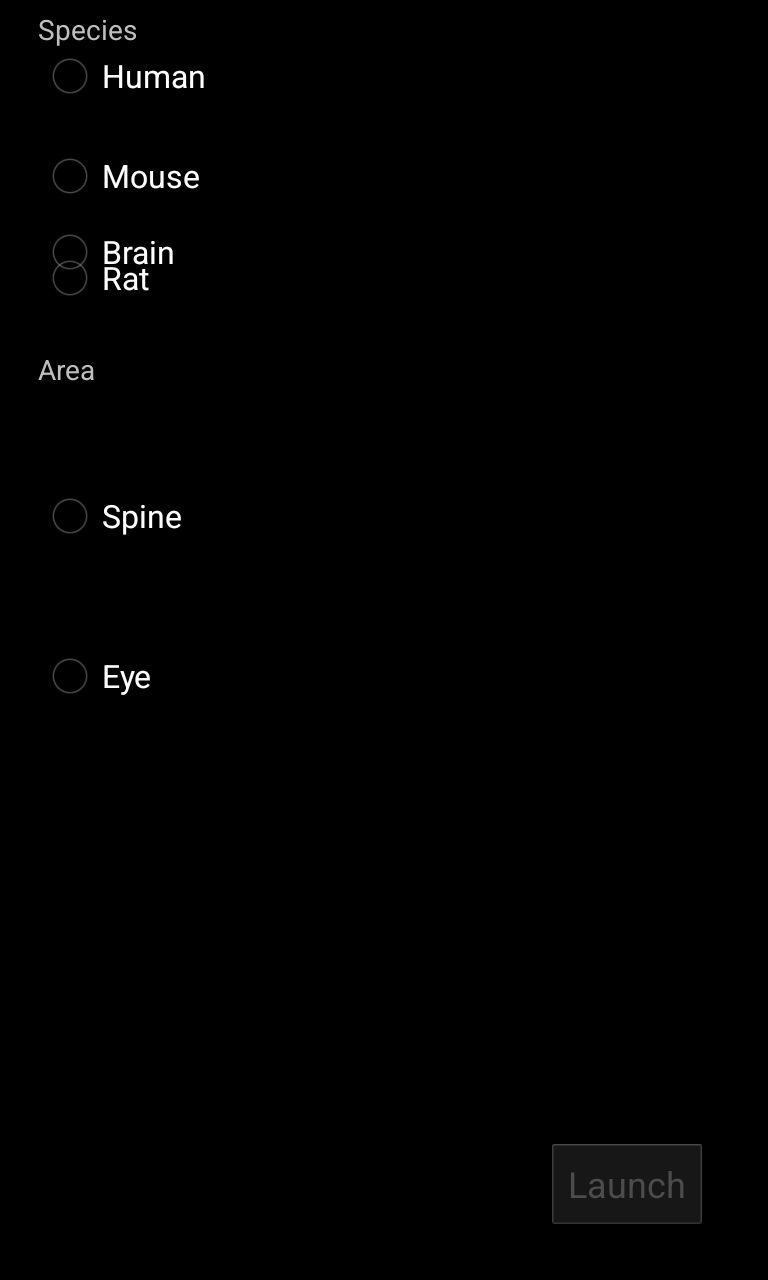
Repository: Ekarg/CSCE315Project3
Layout: Project3/res/layout/activity_main.xml
The author's editor kept a copy of each file at every save. The layout is drawn from the files as they stood at one save, then again after the next save.
It is drawn on a 768 x 1280 px phone screen (xhdpi) without system bars, with theme android:Theme.Holo; the app's code is not run.

Above is the layout before, as saved 2013-11-27 20:03:04.

### Project3/res/layout/activity_main.xml
<RelativeLayout xmlns:android="http://schemas.android.com/apk/res/android"
    xmlns:tools="http://schemas.android.com/tools"
    android:layout_width="match_parent"
    android:layout_height="match_parent"
    android:paddingBottom="5dp"
    android:paddingLeft="5dp"
    android:paddingRight="5dp"
    android:paddingTop="5dp"
    tools:context=".MainActivity" >

    <Button
        android:id="@+id/button1"
        android:layout_width="wrap_content"
        android:layout_height="wrap_content"
        android:layout_alignParentBottom="true"
        android:layout_alignParentRight="true"
        android:layout_marginBottom="19dp"
        android:layout_marginRight="24dp"
        android:enabled = "false"
		android:onClick="launch"
        android:text="@string/Button" />

    <TextView
        android:id="@+id/textView1"
        android:layout_width="wrap_content"
        android:layout_height="wrap_content"
        android:layout_marginLeft="14dp"
        android:layout_alignParentTop="true"
        android:text="@string/species" />

   <RadioGroup
        android:id="@+id/radioGroup1"
        android:layout_width="fill_parent"
        android:layout_height="wrap_content"
        android:layout_alignParentTop="true"
        android:layout_centerHorizontal="true"
        android:orientation="vertical" >

        <RadioButton
            android:id="@+id/radioButton1"
            android:layout_width="wrap_content"
            android:layout_height="wrap_content"
            android:layout_marginLeft="14dp"
            android:checked = "false"
            android:layout_marginTop="17dp"
            android:text="@string/human"
            android:onClick="onRadioButtonClicked"/>

        <RadioButton
            android:id="@+id/radioButton2"
            android:layout_width="wrap_content"
            android:layout_height="wrap_content"
            android:layout_marginLeft="14dp"
            android:checked = "false"
            android:layout_marginTop="18dp"
            android:text="@string/mouse"
            android:onClick="onRadioButtonClicked"/>

        <RadioButton
            android:id="@+id/radioButton3"
            android:layout_width="wrap_content"
            android:layout_height="wrap_content"
            android:layout_marginLeft="14dp"
            android:checked = "false"
            android:layout_marginTop="19dp"
            android:text="@string/rat"
            android:onClick="onRadioButtonClicked"/>
    </RadioGroup>

    <TextView
        android:id="@+id/textView2"
        android:layout_width="wrap_content"
        android:layout_height="wrap_content"
        android:layout_alignLeft="@+id/textView1"
        android:layout_below="@+id/radioGroup1"
        android:layout_marginTop="20dp"
        android:text="@string/area"
        android:onClick="onRadioButtonClicked" />

     <RadioGroup
          android:id="@+id/radioGroup2"
        android:layout_width="fill_parent"
        android:layout_height="wrap_content"
        android:layout_alignParentTop="true"
        android:layout_centerHorizontal="true"
        android:orientation="vertical" >

	    <RadioButton
	        android:id="@+id/radioButton5"
	        android:layout_width="wrap_content"
	        android:layout_height="wrap_content"
	        android:layout_marginLeft="14dp"
	        android:layout_marginTop="105dp"
	        android:checked="false"
	        android:onClick="onRadioButtonClicked"
	        android:text="@string/brain" />

	    <RadioButton
	        android:id="@+id/radioButton4"
	        android:layout_width="wrap_content"
	        android:layout_height="wrap_content"
	        android:layout_marginLeft="14dp"
	        android:layout_marginTop="100dp"
	        android:checked="false"
	        android:onClick="onRadioButtonClicked"
	        android:text="@string/spine" />

	     <RadioButton
         android:id="@+id/radioButton6"
         android:layout_width="wrap_content"
         android:layout_height="wrap_content"
         android:checked = "false"
         android:layout_marginLeft="14dp"
         android:layout_marginTop="48dp"
         android:text="@string/eye"
         android:onClick="onRadioButtonClicked" />
	</RadioGroup>



</RelativeLayout>

### Project3/res/values/strings.xml
<?xml version="1.0" encoding="utf-8"?>
<resources>

    <string name="app_name">Show Me the.... Neuron!</string>
    <string name="action_settings">Settings</string>
    <string name="hello_world">Hello world!</string>
    <string name="Button">Launch</string>
    <string name="title_activity_second">Neuron Display</string>
    <string name="species">Species</string>
    <string name="human">Human</string>
    <string name="mouse">Mouse</string>
    <string name="rat">Rat</string>
    <string name="area">Area</string>
    <string name="eye">Eye</string>
    <string name="brain">Brain</string>
    <string name="spine">Spine</string>


</resources>

After the next save:
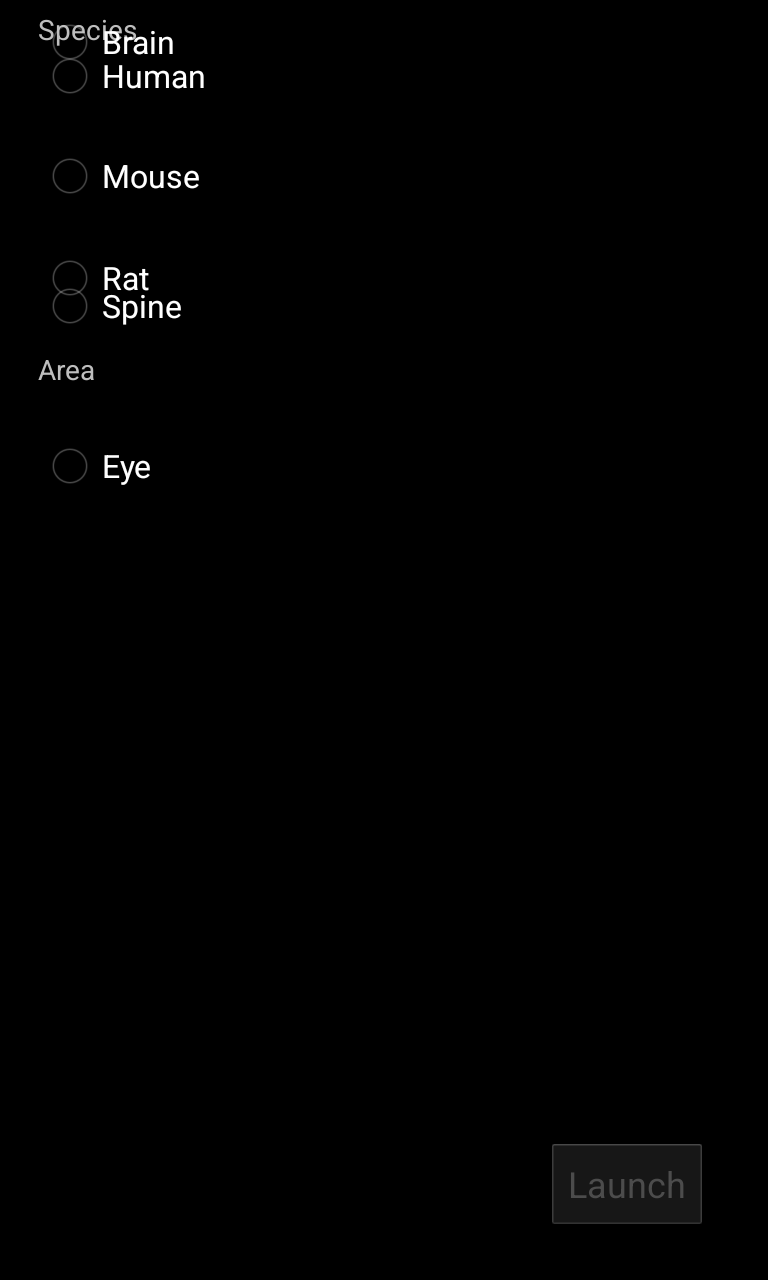
Saved 20 s later.
--- a/Project3/res/layout/activity_main.xml
+++ b/Project3/res/layout/activity_main.xml
@@ -90,7 +90,7 @@
 	        android:layout_width="wrap_content"
 	        android:layout_height="wrap_content"
 	        android:layout_marginLeft="14dp"
-	        android:layout_marginTop="105dp"
+
 	        android:checked="false"
 	        android:onClick="onRadioButtonClicked"
 	        android:text="@string/brain" />
